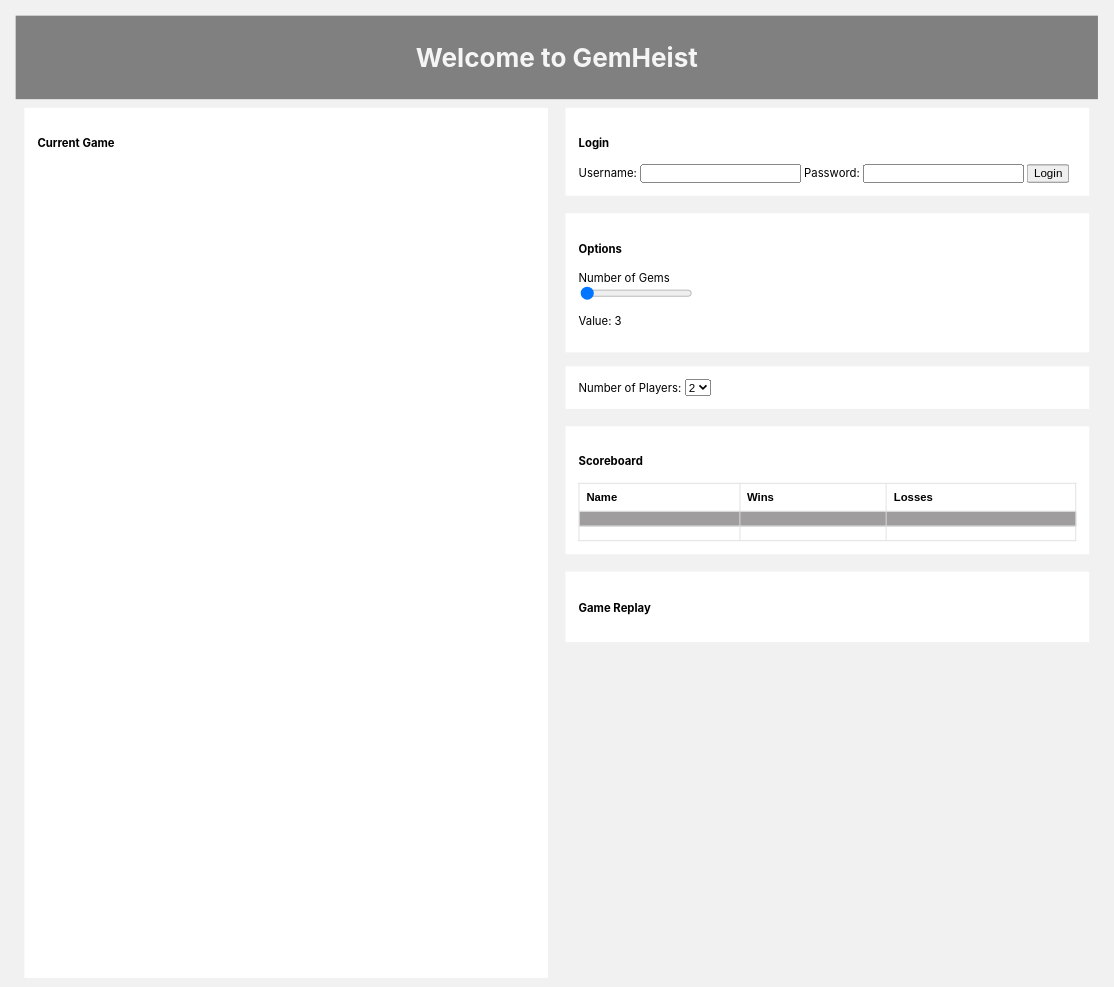
Repository: komalharjani/Gem-Heist
Page: board.html
The author's editor kept a copy of each file at every save. The page is drawn from the files as they stood at one save, then again after a run of saves.
The browser window is 1280 px wide. The pictures show the whole page, at 87% of full size.

Above is the page before, as saved 2020-04-09 13:04:40.
Console error: ReferenceError: arr is not defined

### board.html
<!DOCTYPE html>
<html>

<head>
    <link rel="stylesheet" href="style.css">
</head>

<body>
    <!--Header-->
    <div class="header">
        <h2>Welcome to GemHeist</h2>
    </div>

    <!--Current Game-->
    <div class="centercolumn">
        <div class="card" style="height:1000px">
            <h4 id="gameTitle">Current Game</h4>
            <div class="yaks" id="game">
            </div>
        </div>
    </div>
    <!--Login -->
    <div class="centercolumn" id="scoreboard">
        <div class="card">
            <h4>Login</h4>
            <div class="yaks">
                <label for="fname">Username:</label>
                <input type="text" id="fname" name="fname">
                <label for="lname">Password:</label>
                <input type="text" id="lname" name="lname">
                <input type="submit" value="Login">
            </div>
        </div>
    </div><br>
    </div>

    <!--Options -->
    <div class="rightcolumn">
        <div class="card">
            <h4>Options</h4>
            <div class="yaks">
                <div class="slidecontainer">
                    <label for="myRange">Number of Gems</label></br>
                    <input type="range" min="3" max="20" value="3" class="slider" id="myRange">
                    <p>Value: <span id="demo"></span></p>
                </div>
            </div>
                <script>
                    var slider = document.getElementById("myRange");
                    var output = document.getElementById("demo");
                    output.innerHTML = slider.value;
                    document.getElementById("myRange").step = "3";
                    slider.oninput = function () {
                        output.innerHTML = this.value;
                    }
                </script>
            </div></br>
            <div class="card">
                <div class="yaks">
                    <label for="noPlayers">Number of Players:</label>
                    <select id="noPlayers">
                        <option value="2">2</option>
                        <option value="3">3</option>
                        <option value="4">4</option>
                        <option value="5">5</option>
                    </select>
                </div>
            </div>
    </div><br>
    </div>

    <!--Scoreboard - change to dynamic -->
    <div class="rightcolumn">
        <div class="card">
            <h4>Scoreboard</h4>
            <div class="yaks" id="scoreboard">
                <table>
                    <tr>
                        <th>Name</th>
                        <th>Wins</th>
                        <th>Losses</th>
                    </tr>
                    <tr>
                        <td> </td>
                        <td> </td>
                        <td> </td>
                    </tr>
                    <tr>
                        <td> </td>
                        <td> </td>
                        <td> </td>
                    </tr>
                </table>

            </div>
        </div>
    </div><br>
    </div>

    <!--Scoreboard -->
    <div class="rightcolumn">
        <div class="card">
            <h4>Game Replay</h4>
            <div class="yaks">
                <!--Content Here-->
            </div>
        </div>
    </div><br>
    </div>



    <!--JAVASCRIPT -->
    <script src="model_Board.js"></script>
</body>

</html>

### style.css
* {
    box-sizing: border-box;
  }

  /* Add a gray background color with some padding */
  body {
    font-family: -apple-system, BlinkMacSystemFont, 'Segoe UI', Roboto, Oxygen, Ubuntu, Cantarell, 'Open Sans', 'Helvetica Neue', sans-serif;
    padding: 10px;
    background: #f1f1f1;
    font-size: 13px;
  }
  table {
    font-family: arial, sans-serif;
    border-collapse: collapse;
    width: 100%;
  }

  td, th {
    border: 1px solid #dddddd;
    text-align: left;
    padding: 8px;
  }

  tr:nth-child(even) {
    background-color: #dddddd;
  }
  /* Header Title */
  .header {
    padding: 5px;
    font-size: 20px;
    text-align: center;
    background: grey;
    color: whitesmoke;
  }

  .login {
    width:300px;
    height:150px;
    position: fixed;
    top: 50%;
    left: 50%;
    margin-top: -125px;
    margin-left: -150px;
  }


  /* Alerts and Gems */

  .gem {
    background-color: white;
    justify-content: center;
  }

  .gem:hover {
    background-color: rgb(240, 240, 240);
  }

  .alarm {
    background-color: rgb(200, 0, 0);
  }

  .white {
    background-color: white;
  }

  .empty {
    background-color: white;
  }

  .alarm:hover {
    background-color: rgb(136, 0, 0);
  }

  /* Split Screen into Columns */

  .rightcolumn {
    float: right;
    width: 50%;
    padding: 10px;
  }

  .centercolumn {
    float: left;
    width: 50%;
    padding: 10px;
  }

  .box {
    background-color: whitesmoke;
    width: 100%;
    padding: 15px;
  }

  .voteFilter {
    background-color: black;
    width: 100%;
    padding: 15px;
  }

  .card {
     background-color: white;
     padding: 15px;
  }

  .row:after {
    content: "";
    display: table;
    clear: both;
  }

  /* Footer */
  .footer {
    padding: 20px;
    text-align: center;
    background: #ddd;
    margin-top: 20px;
  }

  /* Responsive layout - when the screen is less than 800px wide, make the two columns stack on top of each other instead of next to each other */
  @media screen and (max-width: 800px) {
    .leftcolumn, .rightcolumn {
      width: 100%;
      padding: 0;
    }
  }

  tr:nth-child(even) {
    background-color: #3b37377c;
  }

### model_Board.js
/**
 * Variables
 */
const width = 7;
var gemChar = '&#128142';
var noGems = document.getElementById("myRange").value;
height = (2 / 3 * noGems) + 1;

/**
 * Declare Arrays for Drawing Board...
 */
var pieces = [];
for (var i = 0; i < height; i++) {
    pieces[i] = [];
}

var currState = [];
for (var i = 0; i < height; i++) {
    currState[i] = [];
    for (var j = 0; j < width; j++) {
        currState[i].push(true);
    }
}
console.log(currState);

//array of state of board


/**
 * Function to Draw Board
 */
//synchronise with model
//if true draw alarm else draw
    function drawBoard() {
        //Create rows and tables according to specified height and width
        var table = document.createElement("table");
        for (var i = 0; i < height; i++) { //loop through height
            var row = document.createElement('tr'); //create rows for each height
            for (var j = 0; j < width; j++) { //loop through width
                var cell = document.createElement('td'); //create columns for each width
                pieces[i].push(cell);
                cell.setAttribute("row", i);
                cell.setAttribute("col", j);

                if (j % 2 && i % 2) { //identify gem cells
                    //currentState[0].push(cell);
                    cell.innerHTML = gemChar;
                    cell.className = "gem";
                    //move event listener to turn handler function
                    cell.addEventListener('click', function(event){
                        this.innerHTML  = "name";
                        //replay.enqueue(this);
                    })
                    arr[0].push(cell);
                }
                else if (j % 2 || i % 2) { //identify alarm cells
                    cell.className = "alarm";
                    arr.push(cell);
                    cell.addEventListener('click', function(event){
                        this.className = "white";
                        //replay.enqueue(this);
                    })
                }

                row.appendChild(cell);
            }
            table.appendChild(row);
        }
        document.body.appendChild(table);
        //console.log(arr);
        console.log(currentState);

        //display in this div
        let divContainer = document.getElementById("game");
        divContainer.innerHTML = "";
        divContainer.appendChild(table);
    }

    drawBoard();

    //free of HTML elements
    function captureAlarm() {
        let currRow = event.target.getAttribute("row"); //curr row
        let currCol = event.target.getAttribute("col"); //curr col
        let alarmsAroundEvent = [];
        let gemsFound = [];
        let leftCell;
        let rightCell;
        let upCell;
        let downCell;
        let one = 1;
        let alarmsAroundGemsFound = [];

        currState[currRow][currCol] = (false); //bind false to cell.className = "white";
        //add move to replay

        if (currRow - 1 >= 0) {
            upCell = pieces[currRow - 1][currCol];
            alarmsAroundEvent.push(upCell);
        } if (currCol - 1 >= 0) {
            leftCell = pieces[currRow][currCol - 1];
            alarmsAroundEvent.push(leftCell);
        } if (currRow + 1 < height) {
            downCell = pieces[currRow + 1][currCol];
            alarmCheck.push(downCell);
        } if (currCol < width) {
            //     rightCell = [currRow][currCol+1];
            //     alarmCheck.push(rightCell);
        }

        console.log(upCell);
        console.log(leftCell);
        console.log(alarmsAroundEvent);
        //}

        //loop 1 find gems around alarms
        for (let i = 0; i < alarmsAroundEvent.length; i++) {
            if (alarmsAroundEvent[i].className == "gem") {
                gemsFound.push(alarmsAroundEvent[i]);
            }
        }

        //loop 2 - check for alarms around each gem to see if gem should be captured
        for (let i = 0; i < gemsFound.length; i++) {
            let gemRow = gemsFound[i].getAttribute("row");
            let gemCol = gemsFound[i].getAttribute("col");

            let alarmUp = (pieces[gemRow - 1][gemCol]);
            let alarmLeft = (pieces[gemRow][gemCol - 1]);
            //let alarmRight = (pieces[gemRow + 1][gemCol]);
            //let alarmDown = (pieces[gemRow + 1][gemCol]);

            alarmsAroundGemsFound.push(alarmUp, alarmLeft);

            for (let j = 0; j < alarmsAroundGemsFound.length; j++) {
                if (alarmsAroundGemsFound[i].className == "white") {
                    alarmsAroundGemsFound.pop[i];
                }
            }
            console.log(alarmsAroundGemsFound);

            if (alarmsAroundGemsFound.length == 0) {
                gemsFound.className = "white";
                gemsFound.innerHTML = "name";
                //add move to replay
                //currState[gemRow][gemCol] = (false);
                //model.Player.score++;
                declareWinner();
            }
            else {
                //Next Turn
            }

        }

    }

    function declareWinner() {
        let gemsToWin = player.length / noGems;
        if (player.score = gemsToWin) {
            //alert
            //kill game
            //update leagueboard
        }
        else {
            //next turn
        }
    }

//1. seperate state and draw board function
//2. fix the row and col
//3. move to main

After the next 2 saves:
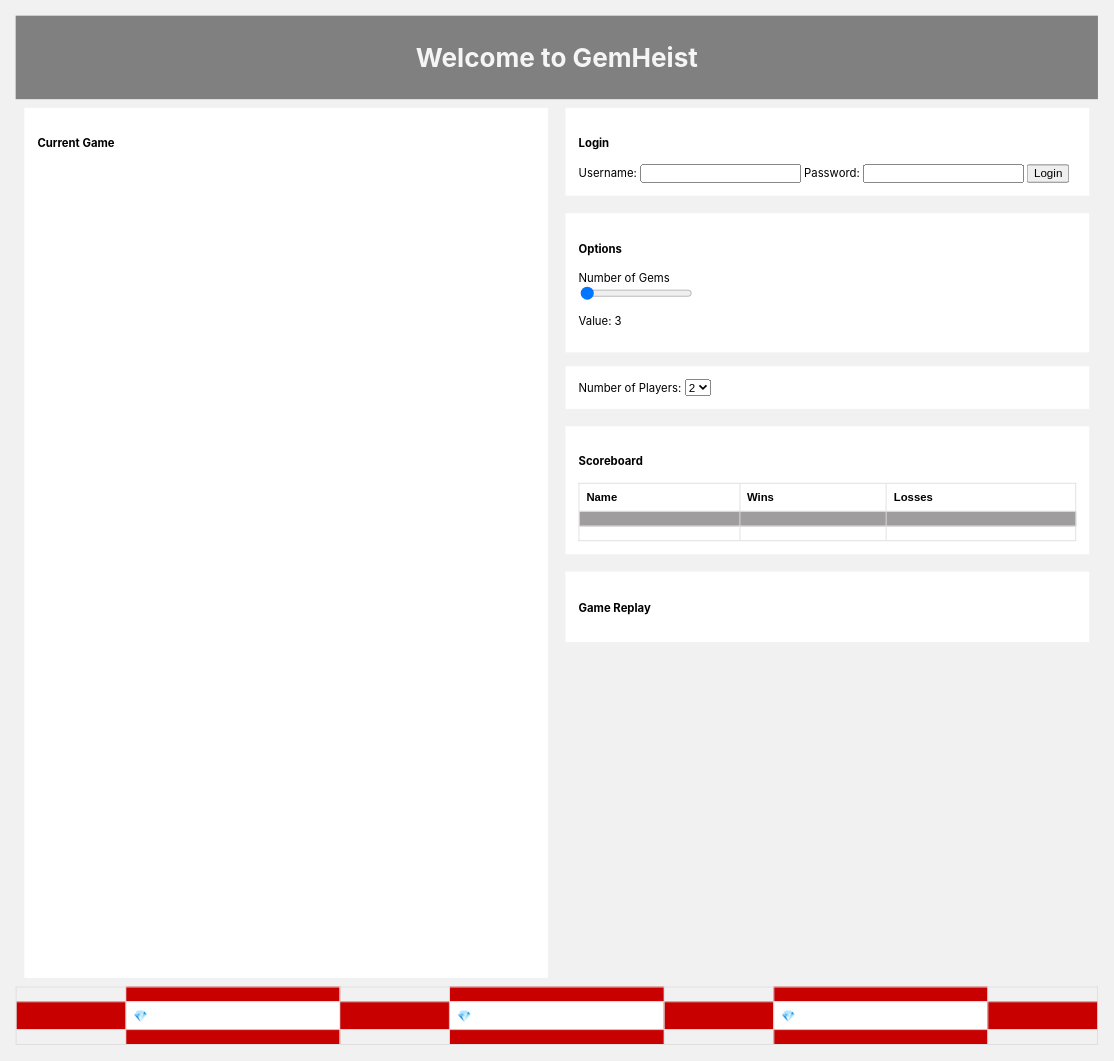
Console error: ReferenceError: currentState is not defined
The 2 saves are shown as one change because they came seconds apart.
The last was saved 14 s later.
--- a/model_Board.js
+++ b/model_Board.js
@@ -51,11 +51,9 @@ console.log(currState);
                         this.innerHTML  = "name";
                         //replay.enqueue(this);
                     })
-                    arr[0].push(cell);
                 }
                 else if (j % 2 || i % 2) { //identify alarm cells
                     cell.className = "alarm";
-                    arr.push(cell);
                     cell.addEventListener('click', function(event){
                         this.className = "white";
                         //replay.enqueue(this);
